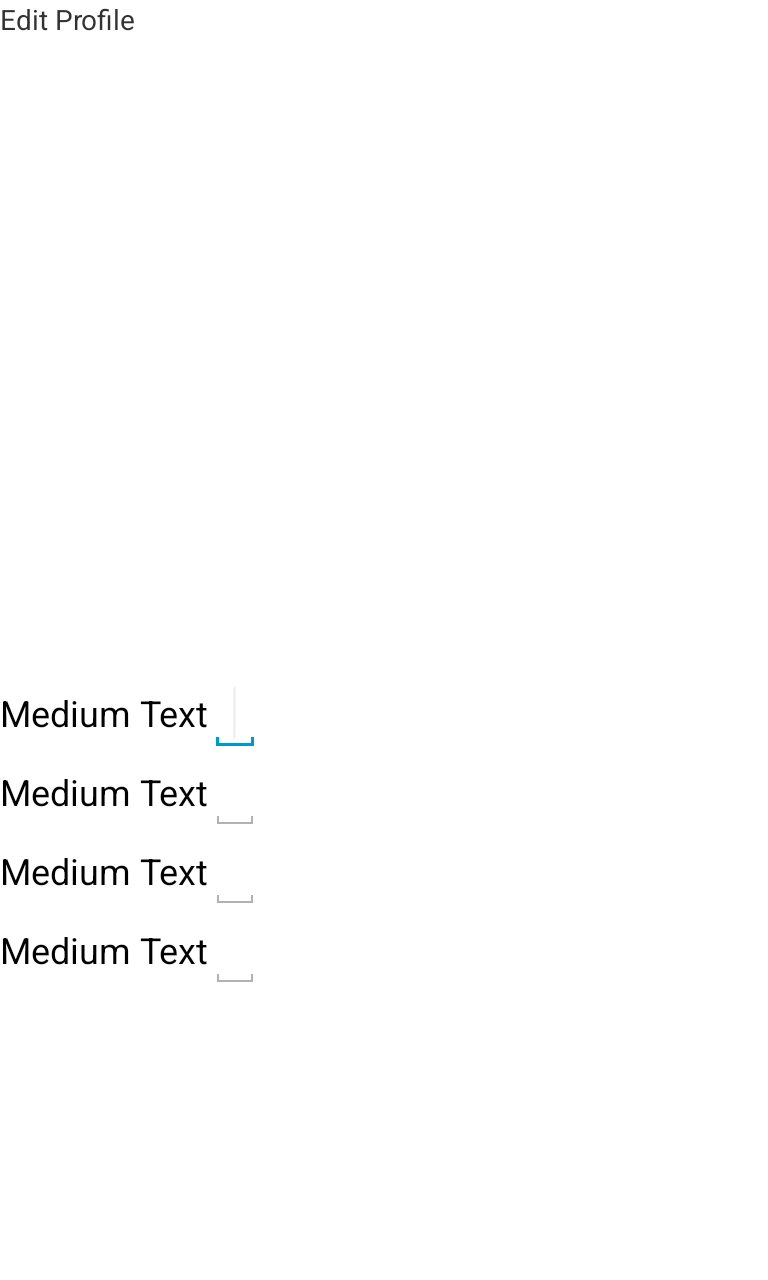
Repository: judemailom/queue-manager
Layout: QueueManager/res/layout/activity_settings.xml
The author's editor kept a copy of each file at every save. The layout is drawn from the files as they stood at one save, then again after the next save.
It is drawn on a 768 x 1280 px phone screen (xhdpi) without system bars, with theme AppTheme; the app's code is not run.

Above is the layout before, as saved 2013-12-23 17:58:26.

After the next save:
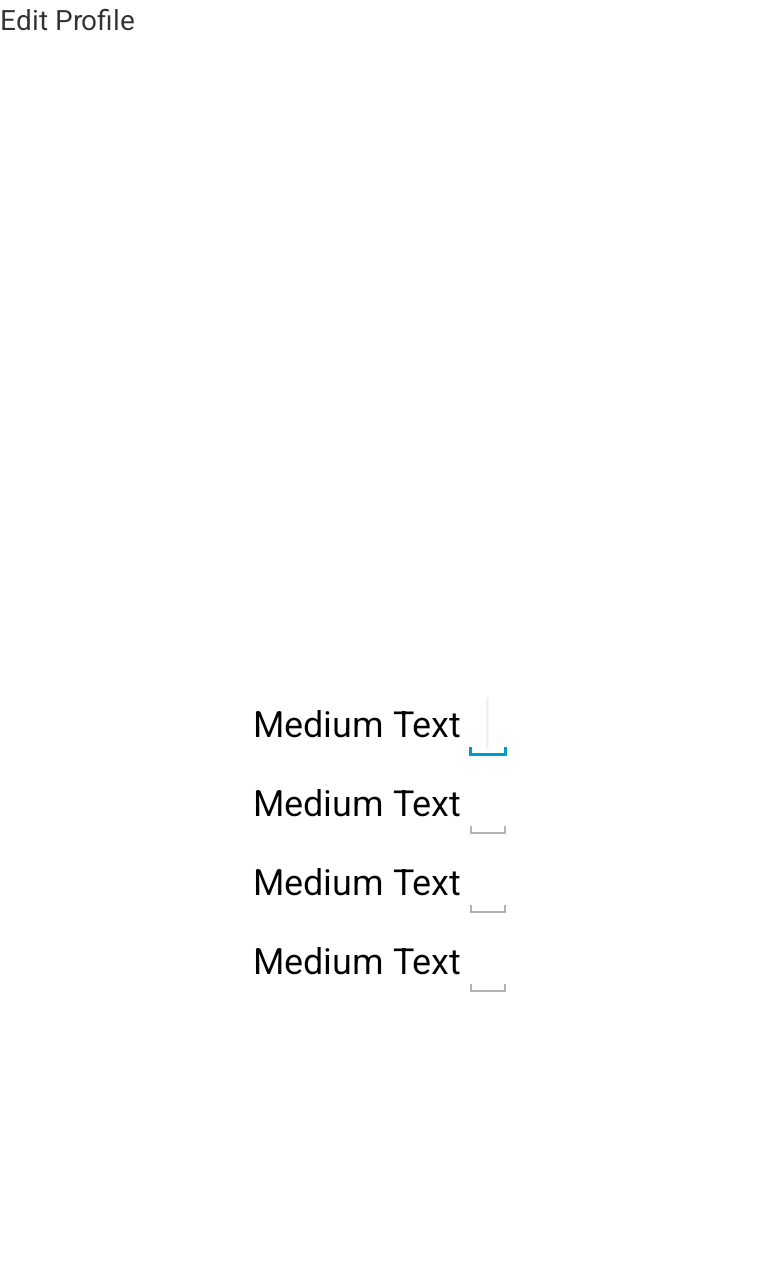
Saved 84 s later.
--- a/QueueManager/res/layout/activity_settings.xml
+++ b/QueueManager/res/layout/activity_settings.xml
@@ -16,8 +16,10 @@
     <TableLayout
         android:layout_width="wrap_content"
         android:layout_height="0dp"
+        android:layout_gravity="center"
         android:layout_marginTop="15dp"
-        android:layout_weight="1" >
+        android:layout_weight="1"
+        android:padding="@dimen/table_padding" >
 
         <TableRow
             android:id="@+id/tableRow1"
